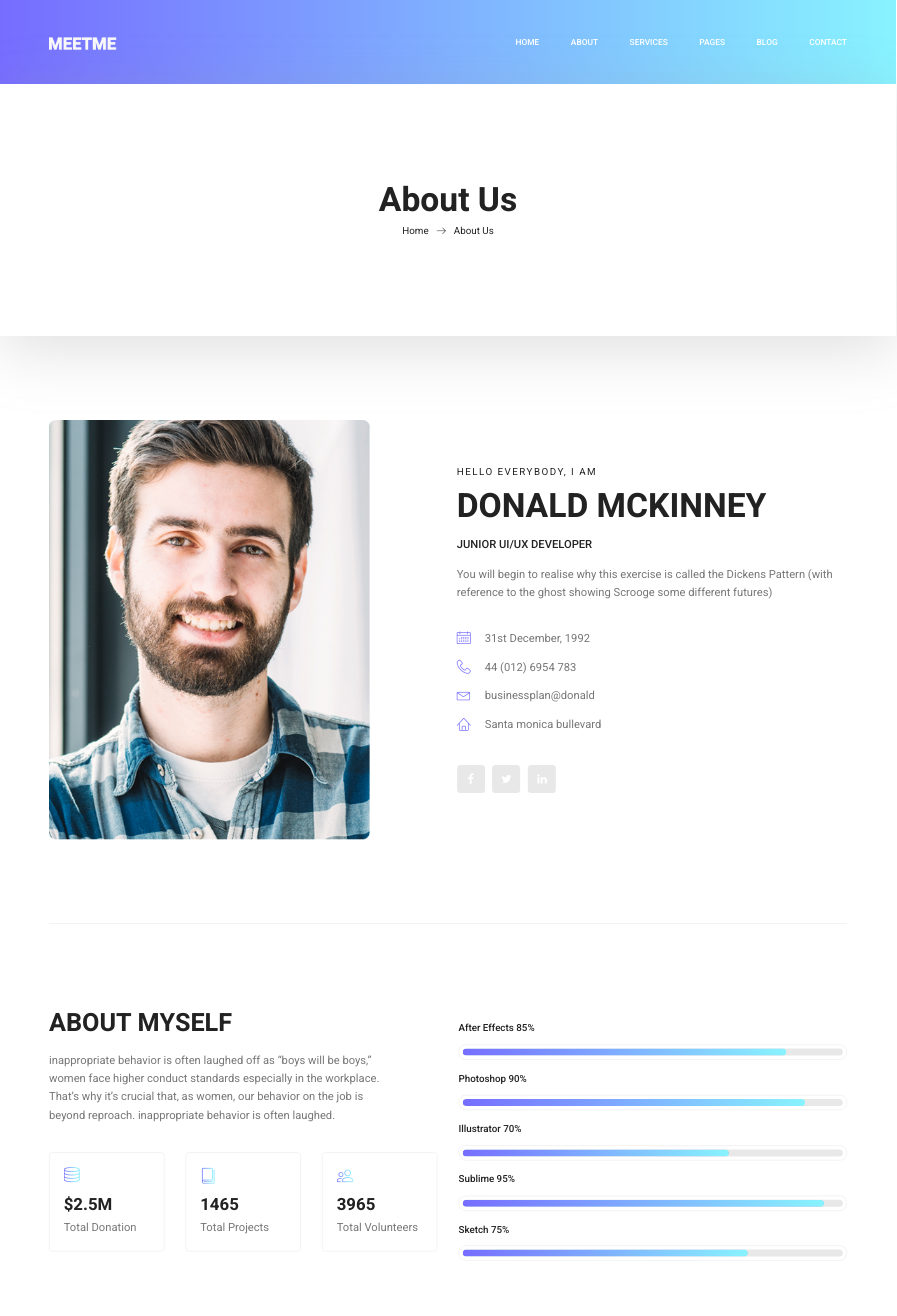
Repository: ChaabeneHabib/habib-chaabene
Page: about-us.html
The author's editor kept a copy of each file at every save. The page is drawn from the files as they stood at one save, then again after the next save.
The browser window is 1280 px wide. The page is 1281 px wide, so the pictures cover 1281 px, including what lies to the right of the window. The pictures show the part of the page from y = 0 to 1880 px (the page is 3027 px tall before and 2612 px after), at 70% of full size.

Above is the page before, as saved 2019-12-23 16:26:35.

After the next save:
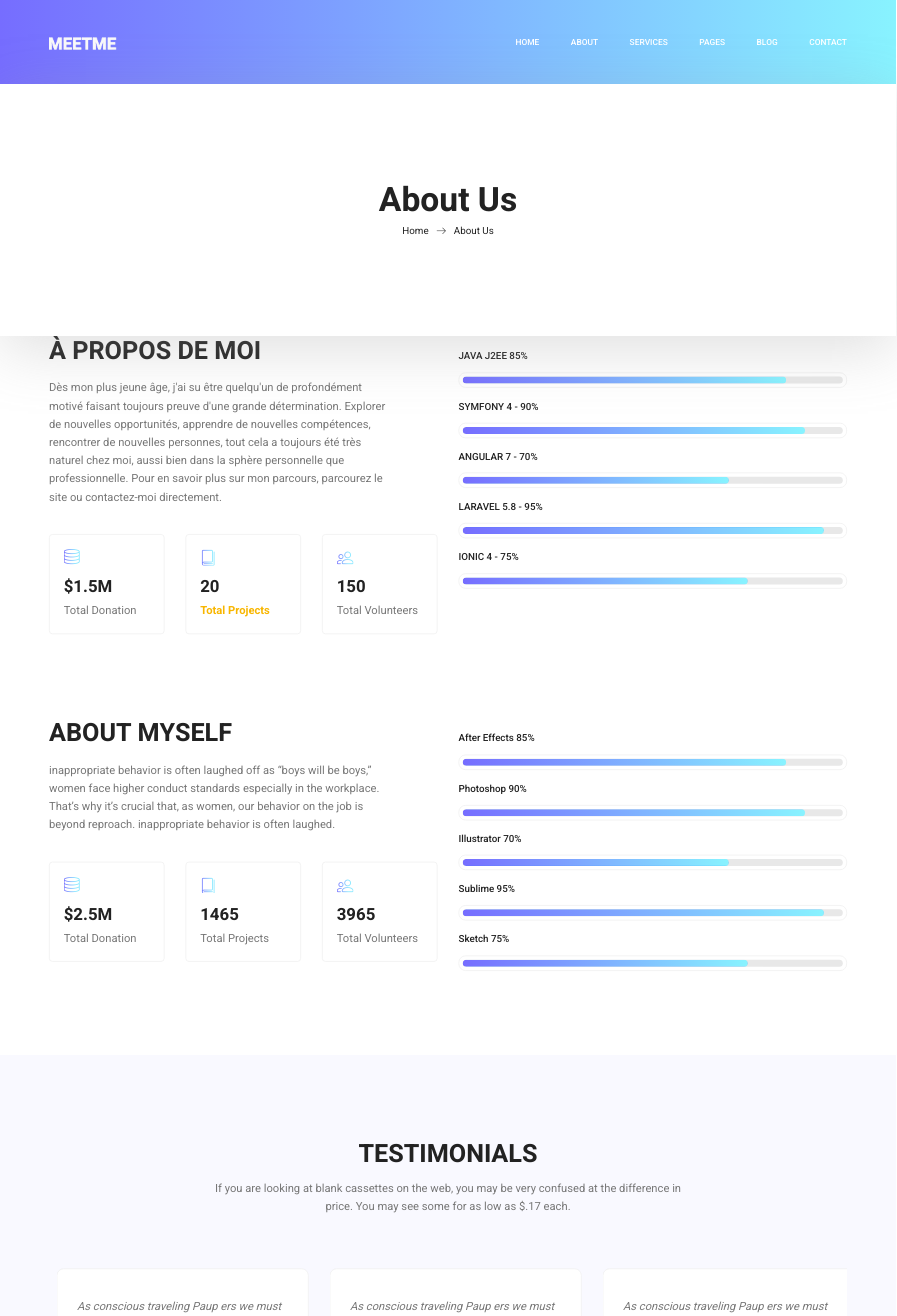
Saved 34 s later.
--- a/about-us.html
+++ b/about-us.html
@@ -84,32 +84,94 @@
         <!--================Home Banner Area =================-->
         <section class="profile_area">
            	<div class="container">
-           		<div class="profile_inner p_120">
-					<div class="row">
-						<div class="col-lg-5">
-							<img class="img-fluid" src="img/personal-2.jpg" alt="">
-						</div>
-						<div class="col-lg-7">
-							<div class="personal_text">
-								<h6>Hello Everybody, i am</h6>
-								<h3>Donald McKinney</h3>
-								<h4>Junior UI/UX Developer</h4>
-								<p>You will begin to realise why this exercise is called the Dickens Pattern (with reference to the ghost showing Scrooge some different futures)</p>
-								<ul class="list basic_info">
-									<li><a href="#"><i class="lnr lnr-calendar-full"></i> 31st December, 1992</a></li>
-									<li><a href="#"><i class="lnr lnr-phone-handset"></i> 44 (012) 6954 783</a></li>
-									<li><a href="#"><i class="lnr lnr-envelope"></i> businessplan@donald</a></li>
-									<li><a href="#"><i class="lnr lnr-home"></i> Santa monica bullevard</a></li>
-								</ul>
-								<ul class="list personal_social">
-									<li><a href="#"><i class="fa fa-facebook"></i></a></li>
-									<li><a href="#"><i class="fa fa-twitter"></i></a></li>
-									<li><a href="#"><i class="fa fa-linkedin"></i></a></li>
-								</ul>
-							</div>
-						</div>
-					</div>
-           		</div>
+				<div class="row welcome_inner">
+					<div class="col-lg-6">
+						<div class="welcome_text">
+							<h4> À PROPOS DE MOI
+							</h4>
+							<p>Dès mon plus jeune âge, j'ai su être quelqu'un de profondément motivé faisant toujours preuve
+								d'une grande détermination. Explorer de nouvelles opportunités, apprendre de nouvelles
+								compétences, rencontrer de nouvelles personnes, tout cela a toujours été très naturel chez
+								moi, aussi bien dans la sphère personnelle que professionnelle. Pour en savoir plus sur mon
+								parcours, parcourez le site ou contactez-moi directement.</p>
+							<div class="row">
+								<div class="col-md-4">
+									<div class="wel_item">
+										<i class="lnr lnr-database"></i>
+										<h4>$1.5M</h4>
+										<p>Total Donation</p>
+									</div>
+								</div>
+								<div class="col-md-4">
+									<div class="wel_item">
+										<i class="lnr lnr-book"></i>
+										<h4>20</h4>
+										<p> <b> Total Projects</b></p>
+									</div>
+								</div>
+								<div class="col-md-4">
+									<div class="wel_item">
+										<i class="lnr lnr-users"></i>
+										<h4>150</h4>
+										<p>Total Volunteers</p>
+									</div>
+								</div>
+							</div>
+						</div>
+					</div>
+					<div class="col-lg-6">
+						<div class="tools_expert">
+							<div class="skill_main">
+								<div class="skill_item">
+									<h4>JAVA J2EE <span class="counter">85</span>%</h4>
+									<div class="progress_br">
+										<div class="progress">
+											<div class="progress-bar" role="progressbar" aria-valuenow="85"
+												aria-valuemin="0" aria-valuemax="100"></div>
+										</div>
+									</div>
+								</div>
+								<div class="skill_item">
+									<h4> SYMFONY 4 - <span class="counter">90</span>%</h4>
+									<div class="progress_br">
+										<div class="progress">
+											<div class="progress-bar" role="progressbar" aria-valuenow="90"
+												aria-valuemin="0" aria-valuemax="100"></div>
+										</div>
+									</div>
+								</div>
+								<div class="skill_item">
+									<h4>ANGULAR 7 - <span class="counter">70</span>%</h4>
+									<div class="progress_br">
+										<div class="progress">
+											<div class="progress-bar" role="progressbar" aria-valuenow="70"
+												aria-valuemin="0" aria-valuemax="100"></div>
+										</div>
+									</div>
+								</div>
+								<div class="skill_item">
+									<h4>LARAVEL 5.8 - <span class="counter">95</span>%</h4>
+									<div class="progress_br">
+										<div class="progress">
+											<div class="progress-bar" role="progressbar" aria-valuenow="95"
+												aria-valuemin="0" aria-valuemax="100"></div>
+										</div>
+									</div>
+								</div>
+
+								<div class="skill_item">
+									<h4>IONIC 4 - <span class="counter">75</span>%</h4>
+									<div class="progress_br">
+										<div class="progress">
+											<div class="progress-bar" role="progressbar" aria-valuenow="75"
+												aria-valuemin="0" aria-valuemax="100"></div>
+										</div>
+									</div>
+								</div>
+							</div>
+						</div>
+					</div>
+				</div>
             </div>
         </section>
         <!--================End Home Banner Area =================-->
